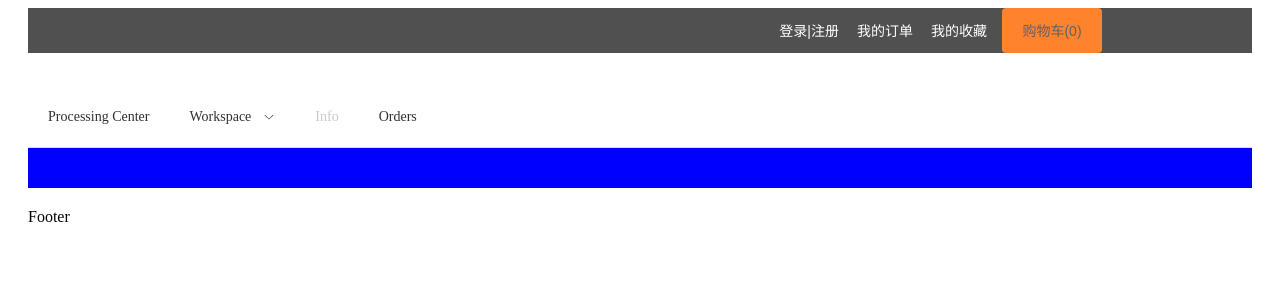
Repository: zhenghaochang/---
Page: / (app in xiaomi/)
These files come from the project's save history. The page is drawn as it stood at one moment and after the next save; the edit follows.
The browser window is 1280 px wide. The pictures show the whole page.
The project was rebuilt for these pictures with package versions that can differ from the ones it lists, and the page was loaded fresh each time. Also part of the build but not shown: xiaomi/vite.config.js.

Above is the page before, as saved 2025-07-31 09:50:48.

After the next save:
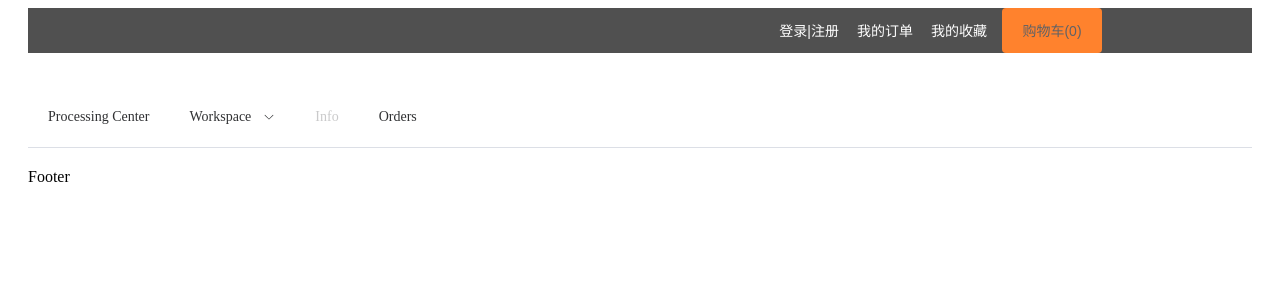
Saved 53 s later.
--- a/xiaomi/src/components/main.vue
+++ b/xiaomi/src/components/main.vue
@@ -3,7 +3,7 @@
 </script>
 
 <template>
-    <div style="width:100%;height:100px;background:blue">
+    <div style="width:100%">
         <el-menu
             :default-active="activeIndex"
             class="el-menu-demo"
